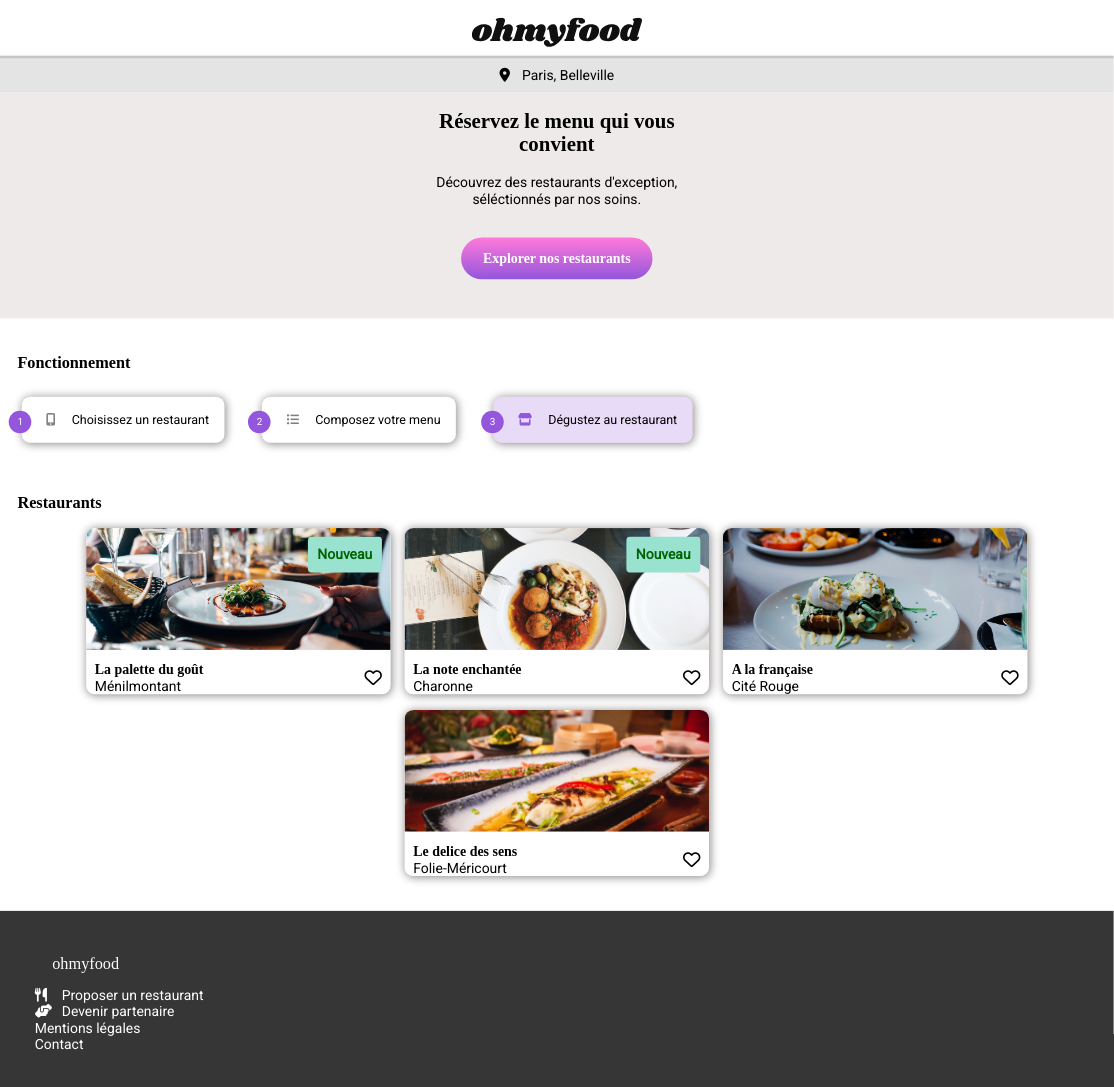
Repository: Micka-17/boimickael_3_16042021
Page: index.html
The author's editor kept a copy of each file at every save. The page is drawn from the files as they stood at one save, then again after a run of saves.
The browser window is 1280 px wide. The pictures show the whole page, at 87% of full size.
Some web fonts or font styles are not loaded; a fallback is used. Some web libraries are served in a nearby version. The style sheet was rebuilt from its Sass, Less or Tailwind sources for each picture, by a compiler version that may differ from the author's.

Above is the page before, as saved 2021-05-25 08:55:00.

After the next 2 saves:
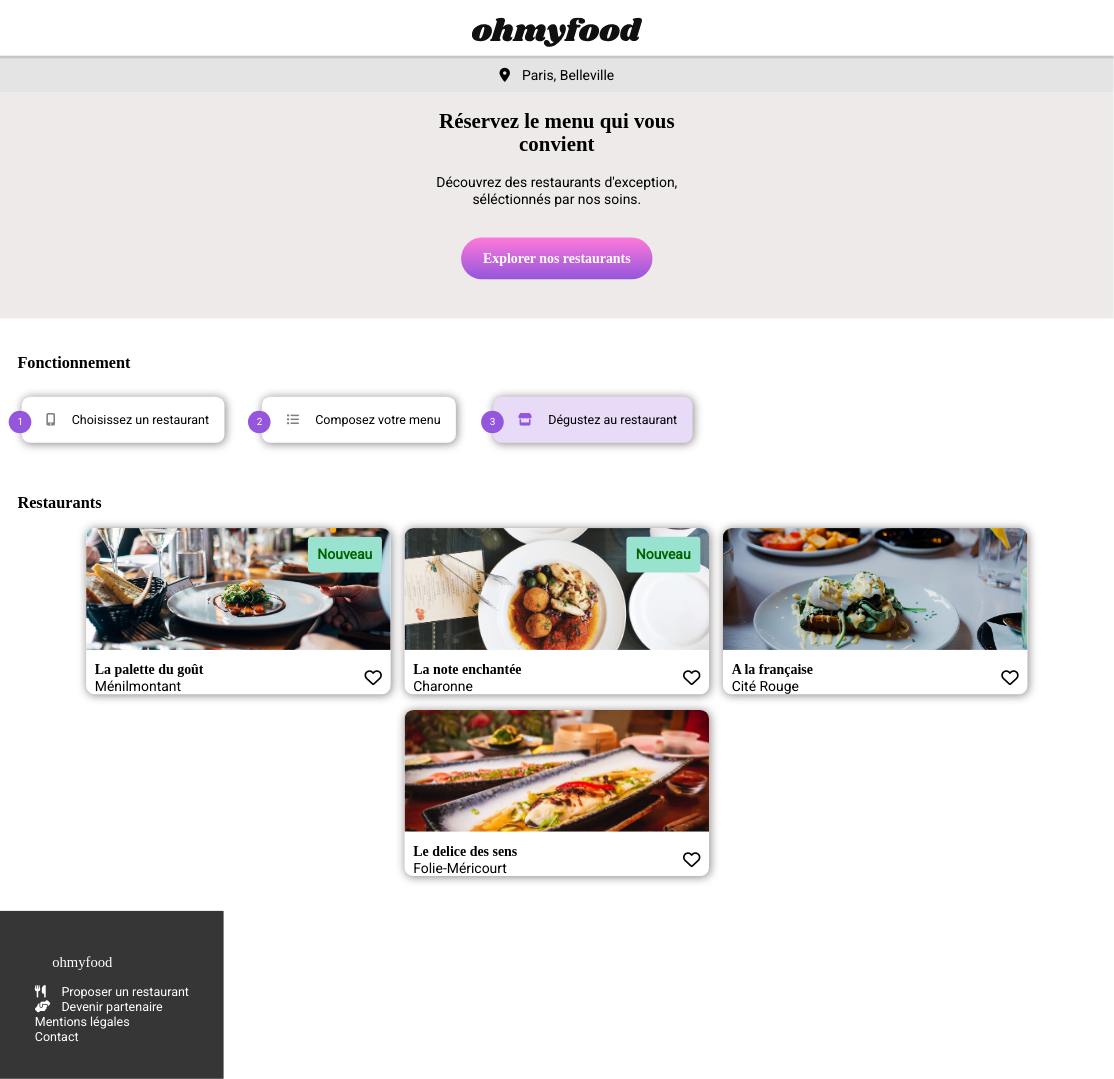
The 2 saves are shown as one change because they came seconds apart.
The last was saved 8 s later.
--- a/sass/style.scss
+++ b/sass/style.scss
@@ -452,7 +452,7 @@ img {
     min-width: 100%;
 }
 
-ul {
+#end {
     font-family: 'Roboto', sans-serif;
     font-size: 0.9em;
     @media (min-width: 430px) {
